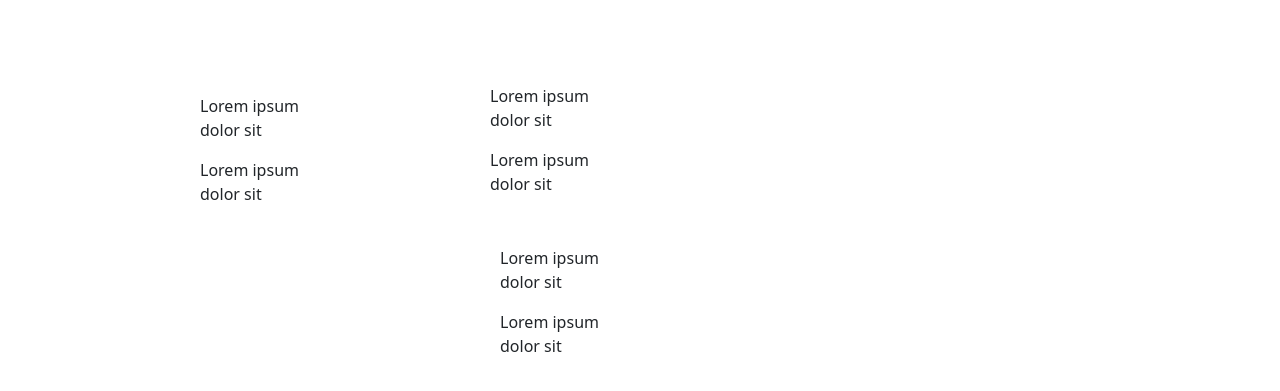
Repository: WajihaGul/MedicalApp-Frontend
Page: /
The author's editor kept a copy of each file at every save. The page is drawn from the files as they stood at one save, then again after the next save.
The browser window is 1280 px wide. The pictures show the whole page.
The project was rebuilt for these pictures with package versions that can differ from the ones it lists, and the page was loaded fresh each time. Also part of the build but not shown: vite.config.js, src/index.css, src/App.css, src/Components/Experience/Experience.module.css, src/Components/Experience/Experience.jsx, src/Components/LandingPage/LandingPage.jsx, src/Components/NavigationBar/Navbar.module.css, src/Components/NavigationBar/Navbar.jsx.

Above is the page before, as saved 2024-05-01 15:21:38.

### public/index.html
<!DOCTYPE html>
<html lang="en">
  <head>
    <meta charset="utf-8" />
    <link rel="icon" href="%PUBLIC_URL%/favicon.ico" />
    <meta name="viewport" content="width=device-width, initial-scale=1" />
    <meta name="theme-color" content="#000000" />
    <meta
      name="description"
      content="Web site created using create-react-app"
    />
    <link rel="apple-touch-icon" href="%PUBLIC_URL%/logo192.png" />

    <link rel="manifest" href="%PUBLIC_URL%/manifest.json" />

    <title>Health Buddy</title>

    <!-- Bootstrap CSS -->

    <link href="https://cdn.jsdelivr.net/npm/bootstrap@5.3.3/dist/css/bootstrap.min.css" rel="stylesheet">
  </head>
  <body>
    <noscript>You need to enable JavaScript to run this app.</noscript>
    <div id="root"></div>

  </body>
</html>

### src/App.js
import "./App.css";
import Homepage from "./Pages/Homepage";
function App() {
  return (
    <>
      <Homepage />
    </>
  );
}

export default App;

### src/Pages/Homepage.jsx
import Accomplishments from "../Components/Accomplishments/Accomplishments";
import Experience from "../Components/Experience/Experience";
import LandingPage from "./../Components/LandingPage/LandingPage";
import NavigationBar from "./../Components/NavigationBar/Navbar";

const Homepage = () => {
  return (
    <>
      {/* <NavigationBar />
      <LandingPage />
      <Experience /> */}
      <Accomplishments />
    </>
  );
};

export default Homepage;

### src/Components/Accomplishments/Accomplishments.jsx
import styles from "./Accomplishments.module.css";

const Accomplishments = () => {
  return (
    <div className={styles.container}>
      <div className={styles.column1}>
        <img className="cols_img" src="" alt="" />

        <p className={styles.explanation}>
          Lorem ipsum
          <br />
          dolor sit
        </p>

        <p className={styles.explanation}>
          Lorem ipsum
          <br />
          dolor sit
        </p>
      </div>

      <div className={styles.column}>
        <img className="cols_img" src="" alt="" />

        <p className={styles.explanation}>
          Lorem ipsum
          <br />
          dolor sit
        </p>

        <p className={styles.explanation}>
          Lorem ipsum
          <br />
          dolor sit
        </p>
      </div>

      <div className={styles.column3}>
        <img className="cols_img" src="" alt="" />

        <p className={styles.explanation}>
          Lorem ipsum
          <br />
          dolor sit
        </p>

        <p className={styles.explanation}>
          Lorem ipsum
          <br />
          dolor sit
        </p>
      </div>
    </div>
  );
};

export default Accomplishments;

### src/Components/Accomplishments/Accomplishments.module.css
.container{
    margin:0 auto;
    width: 900px;
    padding-top: 30px;
    margin-top: 30px;
}

.column1 , .column2 , .column3{
    float: left;
    width: 280px;
    margin: 10px;
}

Loaded but not shown: src/index.js (common file)

After the next save:
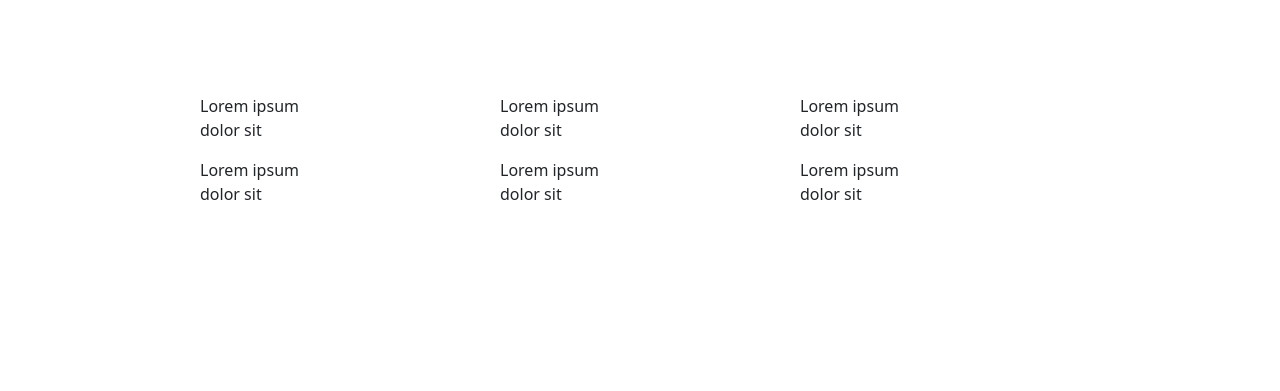
Saved 56 s later.
--- a/src/Components/Accomplishments/Accomplishments.jsx
+++ b/src/Components/Accomplishments/Accomplishments.jsx
@@ -19,7 +19,7 @@ const Accomplishments = () => {
         </p>
       </div>
 
-      <div className={styles.column}>
+      <div className={styles.column1}>
         <img className="cols_img" src="" alt="" />
 
         <p className={styles.explanation}>
